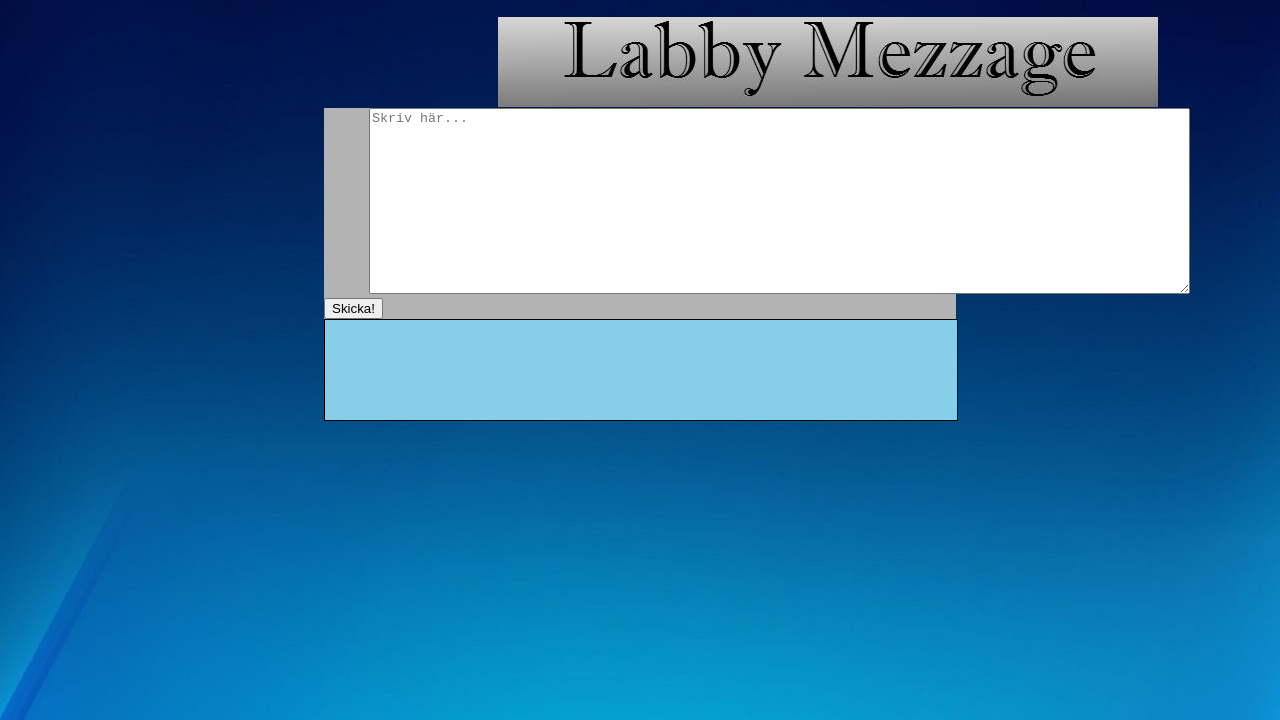
Repository: ao222qc/1dv403-laborationer
Page: 2-labbymezzage/Index.html
The author's editor kept a record of every edit. The page is drawn from the files as they stood at one moment, then again after the next edit.
The browser window is 1280 px wide. The pictures show the whole page.

Above is the page before.

After the next edit:
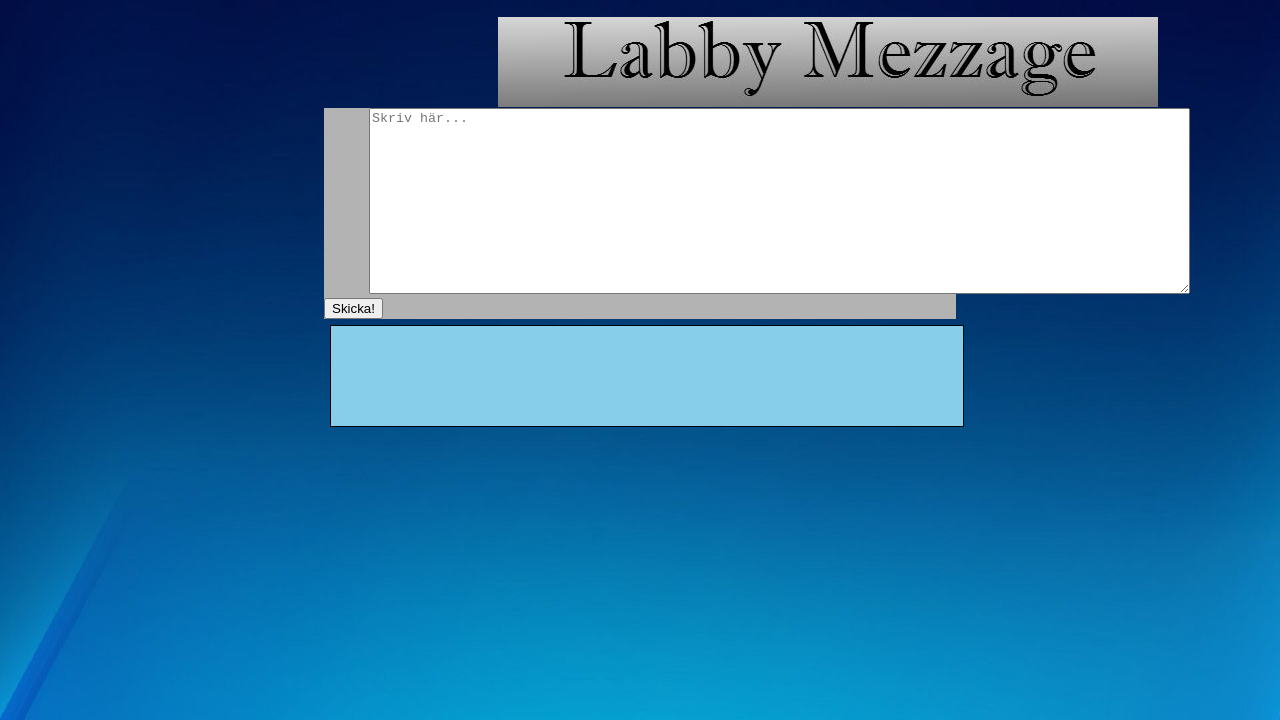
The edit:
--- a/2-labbymezzage/style.css
+++ b/2-labbymezzage/style.css
@@ -48,6 +48,7 @@
     float:left;
     min-width:100%;
     min-height:100px;
+    margin:1%;
 }
 p
 {

After the 2 edits that followed:
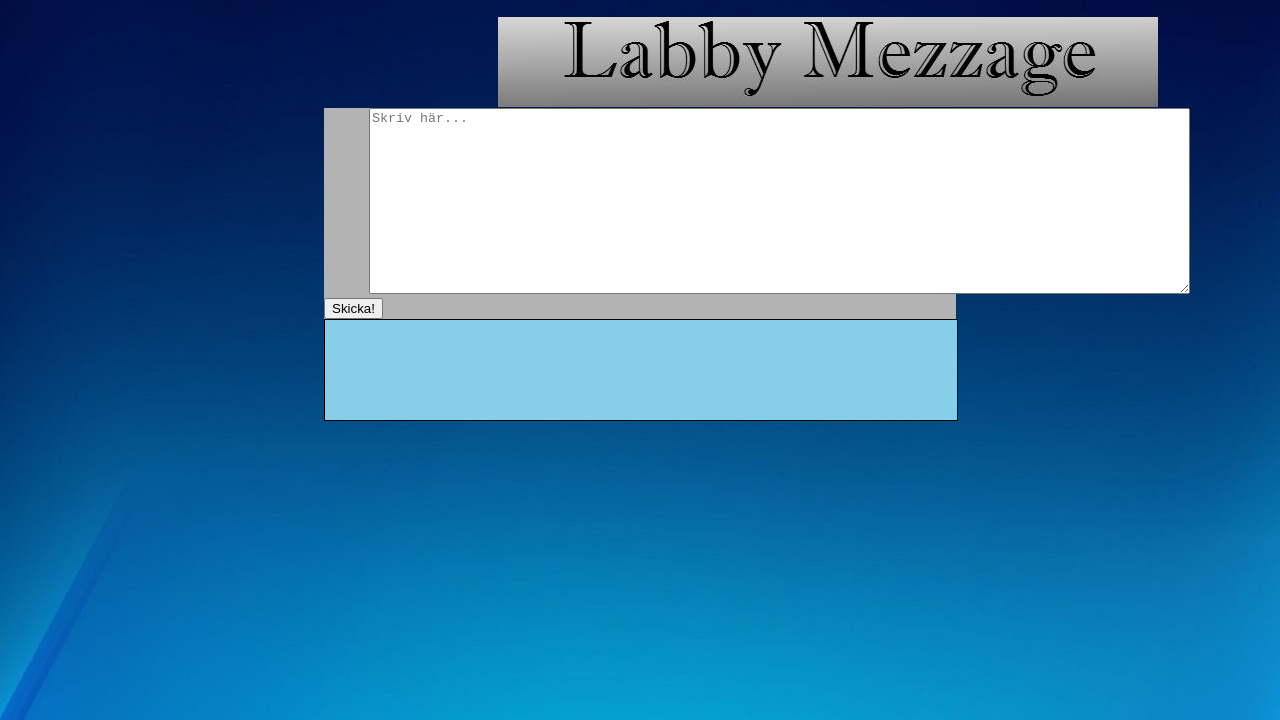
The 2 edits are shown as one change because 1 left the picture as it was.
The edit:
--- a/2-labbymezzage/style.css
+++ b/2-labbymezzage/style.css
@@ -48,13 +48,13 @@
     float:left;
     min-width:100%;
     min-height:100px;
-    margin:1%;
 }
 p
 {
     font-weight:normal;
     font-size:50%;
     text-align:right;
+     margin:1%;
 }
 
 h7
